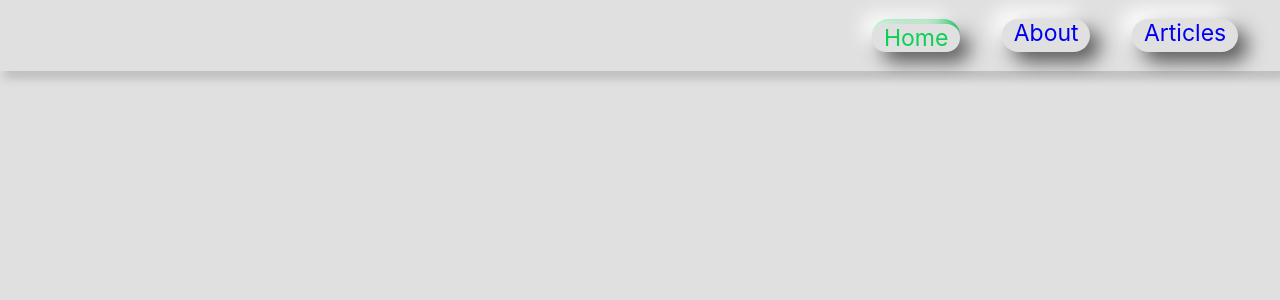
Repository: ShindanoSingi/react-software-architecture-course
Page: /
The author's editor kept a copy of each file at every save. The page is drawn from the files as they stood at one save, then again after the next save.
The browser window is 1280 px wide. The pictures show the whole page.
The project was rebuilt for these pictures with package versions that can differ from the ones it lists, and the page was loaded fresh each time. Also part of the build but not shown: src/pages/About.js, src/pages/Articles.js.

Above is the page before, as saved 2022-12-25 20:55:56.

### src/index.css
body {
  margin: 0;
  font-family: -apple-system, BlinkMacSystemFont, 'Segoe UI', 'Roboto', 'Oxygen',
    'Ubuntu', 'Cantarell', 'Fira Sans', 'Droid Sans', 'Helvetica Neue',
    sans-serif;
  -webkit-font-smoothing: antialiased;
  -moz-osx-font-smoothing: grayscale;

  background: #e0e0e0;
  box-shadow: 5px 5px 10px #bebebe,
      -5px -5px 10px #ffffff;
}

code {
  font-family: source-code-pro, Menlo, Monaco, Consolas, 'Courier New',
    monospace;
}

### src/App.js
import './App.css';
import { Routes, Route, NavLink } from 'react-router-dom';
import Home from './pages/Home';
import About from './pages/About';
import Articles from './pages/Articles';


function App() {

  return (
    <>
      <nav className='nav-bar'>
      <ul className='list-container'>
        <NavLink to='/' className={({isActive}) => isActive ? "is-active" : null}>
          <li className='home'>Home</li>
        </NavLink>

        <NavLink to='/about' className={({isActive}) => isActive ? "is-active" : null}>
          <li className='about'>About</li>
        </NavLink>

        <NavLink to='/articles' className={({isActive}) => isActive ? "is-active" : null}>
          <li className='articles'>Articles</li>
        </NavLink>
      </ul>
    </nav>
      <Routes>
        <Route path='/' element={<Home />}/>
        <Route path='about' element={<About />}/>
        <Route path='articles' element={<Articles />}/>
      </Routes>
    </>
  );
}

export default App;

### src/App.css
h1 {
    text-align: center;
    margin: 0rem;
    padding: 0.5em;
}

.is-active {
    color: rgb(10, 209, 86);
    border-top: 5px solid rgb(10, 209, 86);
    border-radius: 205px;
}

.home,
.about,
.articles {
    border-radius: 205px;
    background: #e0e0e0;
    box-shadow: 10px 10px 19px #5a5a5a,
        -10px -10px 19px #ffffff;
    padding: 0 0.5em;
}

.list-container,
a {
    font-size: 1.2em;
    list-style: none;
    text-decoration: none;
    display: flex;
    justify-content: flex-end;
    gap: 1em;
    margin-right: 1em;
}

.nav-bar {
    position: fixed;
    width: 100%;
    top: 0;
    background: #e0e0e0;
    box-shadow: 5px 5px 10px #bebebe,
        -5px -5px 10px #ffffff;
}

.container {
    max-width: 80em;
    background-color: beige;
    margin: 0 auto;
    height: 100vh;
    padding-top: 5em;
}

Loaded but not shown: public/index.html (common file); src/index.js (common file); src/reportWebVitals.js (common file); src/pages/Home.js (common file)

After the next save:
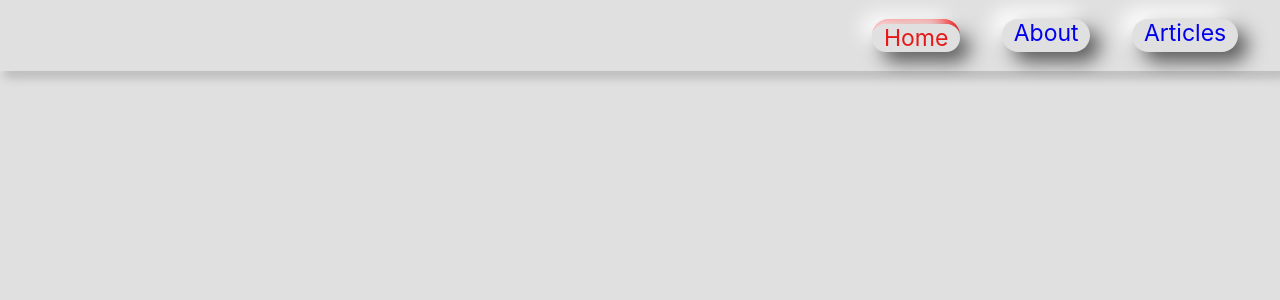
Saved 17 s later.
--- a/src/App.css
+++ b/src/App.css
@@ -5,8 +5,8 @@ h1 {
 }
 
 .is-active {
-    color: rgb(10, 209, 86);
-    border-top: 5px solid rgb(10, 209, 86);
+    color: rgb(230, 25, 25);
+    border-top: 5px solid red;
     border-radius: 205px;
 }
 
